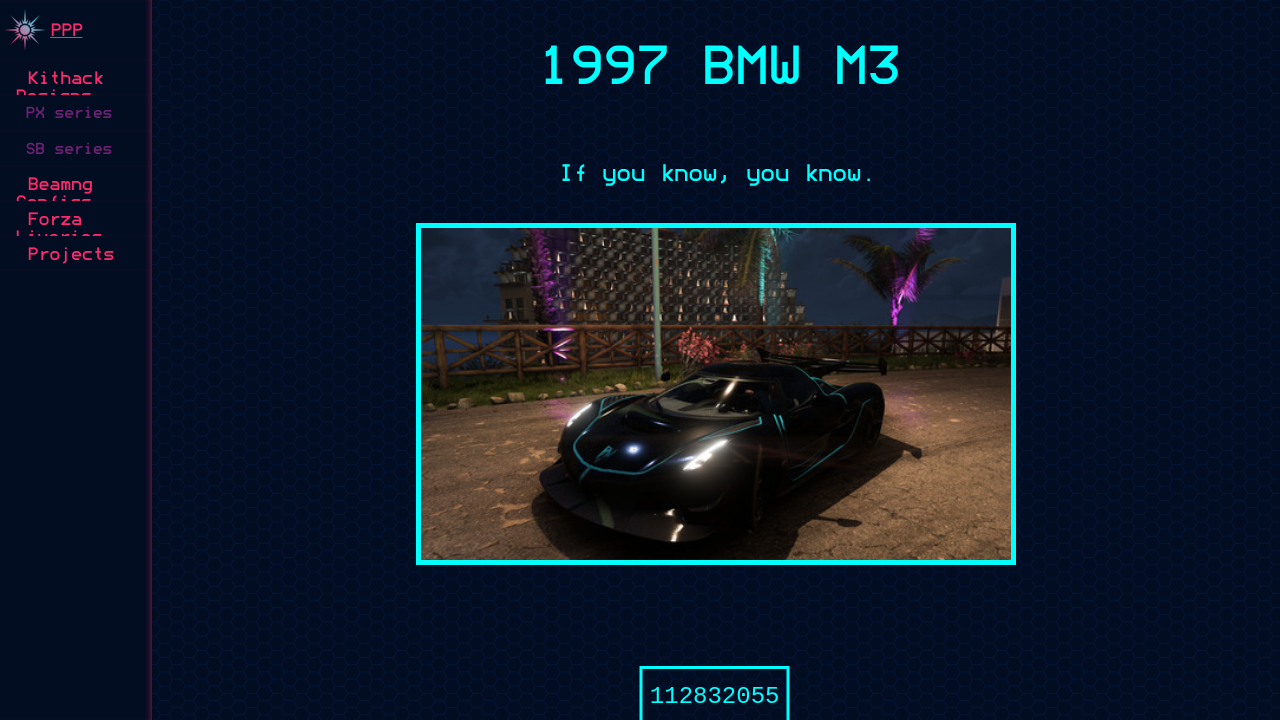
Repository: Pamishly/PamishlysPlayPlace
Page: ForzaHTML/CardPages/FH5-BDm3.html
An editor plug-in stored every save of this project. The page is shown before and after the next save, followed by the edit.
The browser window is 1280 px wide. The pictures show the whole page.

Above is the page before, as saved 2024-09-14 16:13:35.

### ForzaHTML/CardPages/FH5-BDm3.html
<!DOCTYPE html>
<html lang="en">
  <head>
    <meta charset="UTF-8">
    <meta name="viewport" content="width=device-width, initial-scale=1.0">
    <meta http-equiv="X-UA-Compatible" content="ie=edge">
    <link rel="stylesheet" href="../../main.css">
    <link rel="icon" type="image/x-icon" href="../../logo.ico">
    <title>PPP | FH5 M3</title>
  </head>
  <body>
    <div class="container">
        <nav class="menu">
            <iframe src="../../navbar.html" seamless="seamless"></iframe>
        </nav>
        <main class="main">
          <div class="information">
            <h1>1997 BMW M3</h1>
            <br>
            <p>If you know, you know.</p>
            <br>
            <img src="PageImages/FH5-OLjekso.jpg">
            <br>
              <div class="dwn-button">
                <p>112832055</p>
              </div>
          </div>
        </main>
    </div>
  </body>
</html>

### main.css
* {
	margin: 0;
	padding: 0;
	box-sizing: border-box;
}
body {
	font-family: Headers;
    background-color: #030D22;
    box-shadow: inset -8px 0 8px -8px #ff2a6d;
}
@font-face {
	font-family: Headers;
	src: url("Modenine-2OPd.ttf");
	font-weight: bold;
}
.container {
	width: 100%;
	height: 100%;
}
nav {
	position: fixed;
	display: flex;
	align-items: flex-start;
	width: 12%;
	height: 100%;
	background-color: #111;
}
main {
	position: fixed;
	right: 0;
	width: 88.1%;
	height: 100%;
	background: url("Background.png");
	overflow: auto;
	padding: 40px;
    color: cyan;
}
h1 {
	font-weight: bold;
	margin-bottom: 50px;
	font-size: 55px;
	text-align: center;
    color: cyan;
}
p {
	margin-bottom: 20px;
	line-height: 26px;
    font-size: 24px;
    text-align: center;
    color: cyan;
}
li, ul label.title, ul, a {
	width: 100%;
	color: #ff2a6d;
	font-family: Headers;
	display: block;
	font-weight: bold;
}
ul label {
	height: 35px;
    box-shadow: inset -8px 0 8px -8px #ff2a6d;
}
ul li{
	height: 35px;
	overflow: hidden;
	transition: all .3s;
}
li {
	display: block;
	background:#030D22;
}
label.title {
    text-align: left;
	font-size: 18px;
	background:#030D22;
	padding: 10px 15px;
	cursor: pointer;
    transition: all .25s;
    overflow: hidden;
}
.sidebutton{
	font-size: 16px;
	text-decoration: none;
	color: #722276;
	display: block;
	padding: 10px 25px;
	transition: all .25s;
    box-shadow: inset -8px 0 8px -8px #ff2a6d;
	font-family: Headers;
}
.sidebutton:hover {
    box-shadow: inset -15px 0 8px -8px #ff2a6d;
	text-shadow: 0px 0px 10px #ff2a6d;
	background: #0A2F66;
	color: #FF23BC;
}
label:hover {
	text-shadow: 0px 0px 10px #ff2a6d;
	background: #0A2F66;
    box-shadow: inset -15px 0 8px -8px #ff2a6d;
}
input[type="radio"] {
	display: none;
}
.sitename{
	height:60px;
}
.sitename label {
	height: 60px;
	padding: 5px 0px;
}
.sitename img{
	float:left;
	padding: 0px 0px;
}
.sitename p{
	text-align: left;
	font-size: 18px;
	padding: 10px 25px;
	margin-top: 10px;
	cursor: pointer;
	width: 100%;
	color: #ff2a6d;
	font-family: Headers;
	display: block;
	font-weight: bold;
}
#ppp:checked + li {
	height: 0px;
}
#preferences:checked + li {
    height: 70px;
}
#beamng:checked + li {
    height: 178px;
}
#kithack:checked + li {
    height: 106px;
}
#projects:checked + li {
    height: 70px;
}
i {
	margin-right: 12px;
}
@media screen and (max-width: 600px){
	nav {
		width: 100%;
		position: relative;
	}
	main {
		width: 100%;
		position: relative;
	}
}
.card{
    position: relative;
    display: flex;
    flex-flow: column nowrap;
    width: 350px;
    height: 550px;
    border: solid cyan;
    text-align: center;
    margin: 15px;
	text-decoration: none;
	font-weight: unset;
	font-family: monospace;
	color: cyan;
}
.cardcontainer{
    display: flex;
    flex-flow: row wrap;
    align-content: space-around;
    justify-content: center;
    width:75%;
    margin-left: 12.5%;
}
.card img{
    width: auto;
    align-content: flex-start;
    justify-content: center;
}
.card p{
    padding: 15px;
    align-content: center;
    justify-content: center;
	margin-bottom: 20px;
	line-height: 26px;
    font-size: 24px;
    text-align: center;
    color: cyan;
}
.card h3{
	font-size: 24px;
	font-family: Headers;
}
.card:hover{
	background:#00aeff2c;
}
iframe{
	width:100%;
	height:100%;
}
iframe[seamless]{
    background-color: transparent;
    border: 0px none transparent;
    padding: 0px;
    overflow: hidden;
}
.dwn-button{
	position: relative;
    display: flex;
    flex-flow: column nowrap;
    width: 150px;
    height: 70px;
    border: solid cyan;
    text-align: center;
    margin: 15px;
	font-weight: unset;
	font-family: monospace;
	color: cyan;
    left: 50%;
    transform: translate(-61%,100%);
}
.dwn-button:hover {
    background: darkcyan;
}
.dwn-button p{
	padding-top: 15px;
}
.information{
	display: flex;
	flex-flow: column nowrap;
}
.information p {
	margin-bottom: 20px;
	line-height: 26px;
    font-size: 24px;
	justify-content: center;
    color: cyan;
}
.information img {
	border: cyan 5px solid;
	align-self: center;
	width: 600px;
}
@media screen and (max-width: 800px) {
	.information img {
	  width: 500px;
	}
	.information h1{
		font-size: 28px;
	}
	.card p{
		padding: 0%;
		font-size: 9px;
		line-height: 11px;
	  }
	  .card h3{
		  font-size: 12px;
	   }
	  .card {
		  width: 160px;
		  height: 200px;
		  margin: 2px;
	  }
	  .cardcontainer{
		width:100%;
		margin-left: 0%;
	  }
	  h1 {
		  font-size: 16px;
		  line-height: 18px;
		  margin-bottom: 5px;
	  }
	  p	{
		  font-size: 10px;
		  line-height: 12px;
	  }
	  main{
		height: 100vh;
	  }
  }
  @media screen and (max-width: 500px) {
	.information img {
	  width: 300px;
	}
  }
.information h1 {
	justify-content: center;
}
.main {
    -ms-overflow-style: none;  /* Internet Explorer 10+ */
    scrollbar-width: none;  /* Firefox */
}
.main::-webkit-scrollbar {
    display: none;  /* Safari and Chrome */
}

### navbar.html

<ul>
    <input type="radio" name="menu" id="ppp">
    <li class="sitename">
        <a href="./homepage.html"  target="_top"><label for="edit" class="title"><i class="fa fa-ppp"></i><img src="./logo.png"><p>PPP</p></label></a>
    </li>
    <input type="radio" name="menu" id="kithack" checked>
    <li>
        <label for="kithack" class="title"><i class="fa fa-kithack"></i>Kithack Designs</label>
        <a  class="sidebutton" href="./KitHackHTML/PXseries.html" target="_top">PX series</a>
        <a  class="sidebutton" href="./KitHackHTML/SBseries.html" target="_top">SB series</a>
    </li>
    <input type="radio" name="menu" id="beamng">
    <li>
        <label for="beamng" class="title"><i class="fa fa-beamng" target="_top"></i>Beamng Configs</label>
        <a class="sidebutton" href="./BeamngHTML/dune-builds.html" target="_top">Dune Builds</a>
        <a class="sidebutton" href="./BeamngHTML/street-builds.html" target="_top">Street Builds</a>
        <a class="sidebutton" href="./BeamngHTML/derby-builds.html" target="_top">Derby Builds</a>
        <a class="sidebutton" href="./BeamngHTML/speed-builds.html" target="_top">Top Speed Builds</a>
    </li>
    <input type="radio" name="menu" id="preferences">
    <li>
        <label for="preferences" class="title"><i class="fa fa-gears"></i>Forza Liveries</label>
        <a class="sidebutton" href="./ForzaHTML/Horizon5.html" target="_top">Horizon 5</a>
    </li>
    <input type="radio" name="menu" id="projects">
    <li>
        <label for="projects" class="title"><i class="fa fa-projects"></i>Projects</label>
        <a class="sidebutton" href="./ProjectsHTML/PiProjects.html" target="_top">Pi Projects</a>
    </li>
</ul>

<link rel="stylesheet" href="main.css">

After the next save:
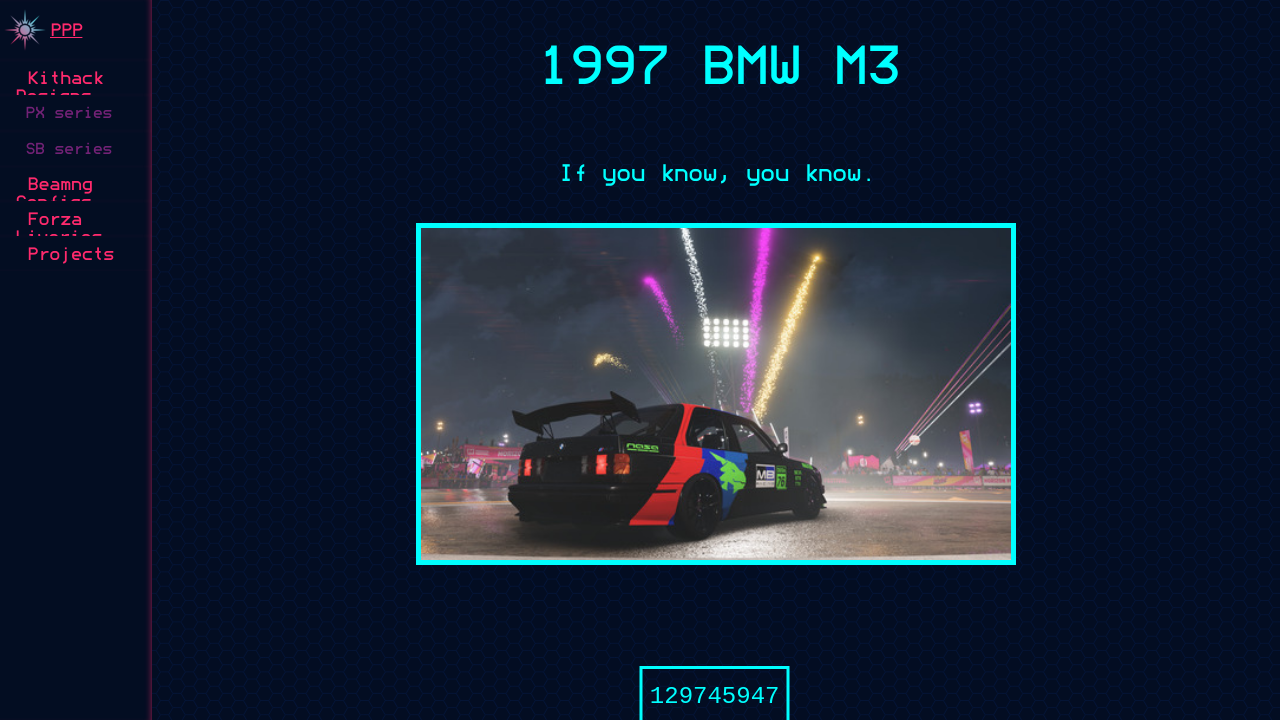
Saved 13 s later.
--- a/ForzaHTML/CardPages/FH5-BDm3.html
+++ b/ForzaHTML/CardPages/FH5-BDm3.html
@@ -19,10 +19,10 @@
             <br>
             <p>If you know, you know.</p>
             <br>
-            <img src="PageImages/FH5-OLjekso.jpg">
+            <img src="PageImages/FH5-BDm3.jpg">
             <br>
               <div class="dwn-button">
-                <p>112832055</p>
+                <p>129745947</p>
               </div>
           </div>
         </main>
